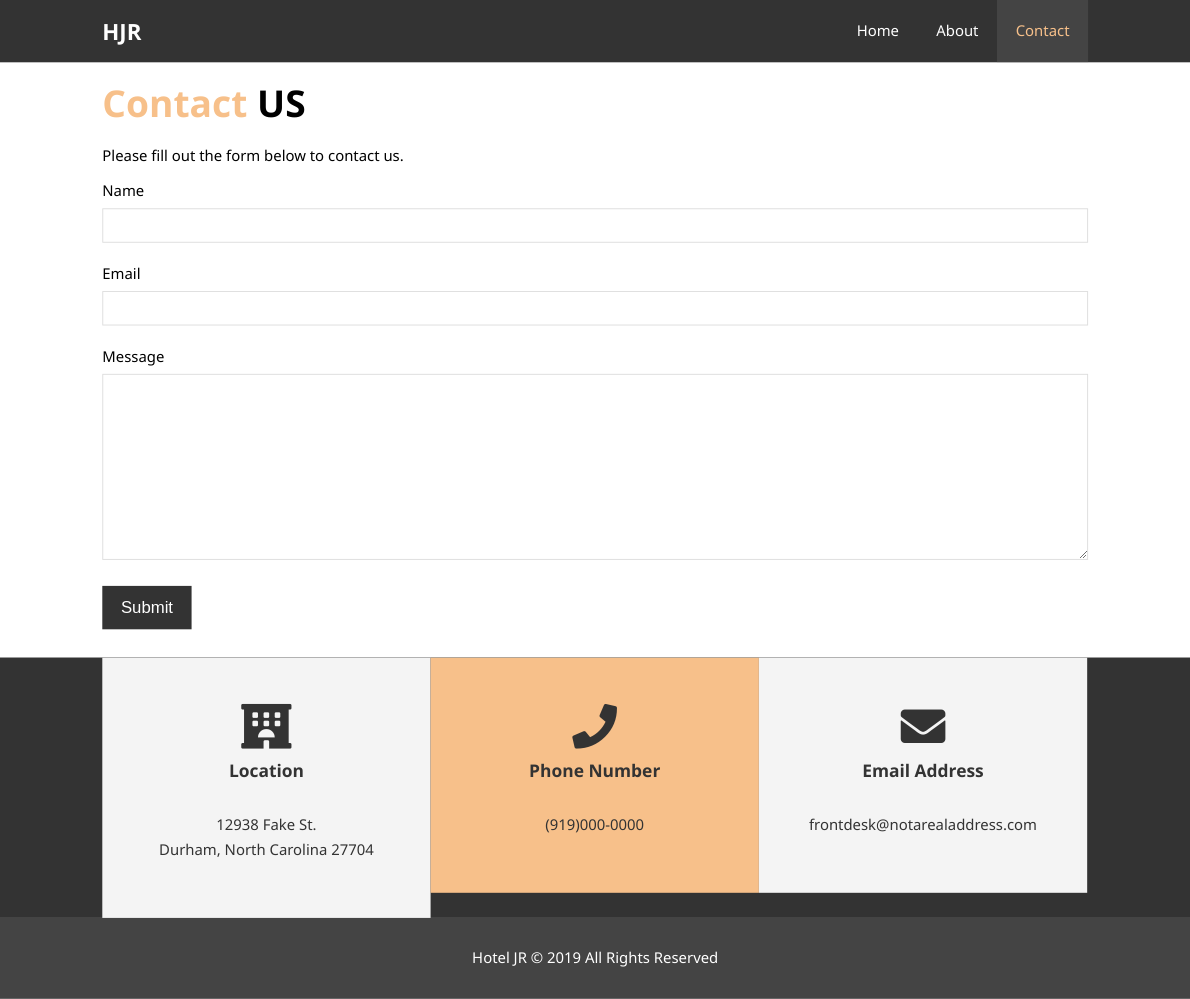
Repository: dimlutine/Hotel-Project
Page: contact.html
An editor plug-in stored every save of this project. The page is shown before and after the next save, followed by the edit.
The browser window is 1280 px wide. The pictures show the whole page, at 93% of full size.
Some web libraries are served in a nearby version.

Above is the page before, as saved 2019-07-05 23:18:32.

### contact.html
<!DOCTYPE html>
<html lang="en">

<head>
    <meta charset="UTF-8">
    <meta name="viewport" content="width=device-width, initial-scale=1.0">
    <meta http-equiv="X-UA-Compatible" content="ie=edge">
    <meta name="description" content="Welcome to the neatest hotel in Durham, North Carolina!">
    <meta name="keywords" content="hotel,durham hotel, north carolina hotel, rdu hotel">
    <link rel="stylesheet" href="https://use.fontawesome.com/releases/v5.6.1/css/all.css" integrity="sha384-gfdkjb5BdAXd+lj+gudLWI+BXq4IuLW5IT+brZEZsLFm++aCMlF1V92rMkPaX4PP" crossorigin="anonymous">
    <link rel="stylesheet" href="css/style.css">
    <title>Hotel JR | Contact</title>
</head>

<body>
    <header>
        <nav id="navbar">
            <div class="container">
                <h1 class="logo"><a href="index.html">HJR</a></h1>
                <ul>
                    <li><a href="index.html">Home</a></li>
                    <li><a href="about.html">About</a></li>
                    <li><a class="current" href="contact.html">Contact</a></li>
                </ul>
            </div>

        </nav>

    </header>
    <section id="contact-form" class="py-3">
        <div class="container">
            <h1 class="l-heading">
                <span class="text-primary">Contact</span> US
            </h1>
            <p>Please fill out the form below to contact us.</p>
            <form action="process.php">
                <div class="form-group">
                    <label for="name">Name</label>
                    <input type="text" name="name" id="name">
                </div>
                <div class="form-group">
                    <label for="email">Email</label>
                    <input type="email" name="email" id="email">
                </div>
                <div class="form-group">
                    <label for="message">Message</label>
                    <textarea name="message" id="message"></textarea>
                </div>
                <button type="submit" class="btn">Submit</button>
            </form>
        </div>
    </section>
    <section id="contact-info" class="bg-dark">
        <div class="container">
            <div class="box bg-light">
                <i class="fas fa-hotel fa-3x"></i>
                <h3>Location</h3>
                <p>12938 Fake St.<br>Durham, North Carolina 27704</p>
            </div>
            <div class="box bg-primary">
                <i class="fas fa-phone fa-3x"></i>
                <h3>Phone Number</h3>
                <p>(919)000-0000<br></p>
            </div>
            <div class="box bg-light">
                <i class="fas fa-envelope fa-3x"></i>
                <h3>Email Address</h3>
                <p>frontdesk@notarealaddress.com</p>
            </div>
        </div>
    </section>
    <footer id="main-footer">
        <p>Hotel JR &copy; 2019 All Rights Reserved</p>
    </footer>
</body>

</html>

### css/style.css
* {
    padding: 0;
    margin: 0;
    box-sizing: border-box;
}

html,
body {
    font-family: 'Segoe UI', 'Segoe UI', Tahoma, Geneva, Verdana, sans-serif;
    line-height: 1.7em;
}

a {
    color: #333;
    text-decoration: none;
}

h1,
h2,
h3 {
    padding-bottom: 20px;
}

p {
    margin: 10px 0;
}


/* Utilities */

.container {
    margin: auto;
    max-width: 1100px;
    overflow: auto;
    padding: 0 20px;
}

.text-primary {
    color: #f7c08a;
}

.lead {
    font-size: 20px;
}

.btn {
    display: inline-block;
    font-size: 18px;
    color: #fff;
    background: #333;
    padding: 13px 20px;
    border: none;
    cursor: pointer;
}

.btn:hover {
    background: #f7c08a;
    color: #333;
}

.btn-light {
    background: #f4f4f4;
    color: #333;
}

.bg-dark {
    background: #333;
    color: #fff;
}

.bg-light {
    background: #f4f4f4;
    color: #333;
}

.bg-primary {
    background: #f7c08a;
    color: #333;
}

.clr {
    clear: both;
}

.l-heading {
    font-size: 40px;
}


/* Padding */

.py-1 {
    padding: 10px 0;
}

.py-2 {
    padding: 20px 0;
}

.py-3 {
    padding: 30px 0;
}

#navbar {
    background: #333;
    color: #fff;
    overflow: auto;
}

#navbar a {
    color: #fff;
}

#navbar h1 {
    float: left;
    padding-top: 20px;
}

#navbar ul {
    float: right;
    list-style: none;
}

#navbar ul li {
    float: left;
}

#navbar ul li a {
    display: block;
    padding: 20px;
    text-align: center;
}

#navbar ul li a:hover,
#navbar ul li a.current {
    background: #444;
    color: #f7c08a;
}


/* Showcase */

#showcase {
    background: url('../img/showcase.jpg') no-repeat center center/cover;
    height: 600px;
}

#showcase .showcase-content {
    color: #fff;
    text-align: center;
    padding-top: 170px;
}

#showcase .showcase-content h1 {
    font-size: 60px;
    line-height: 1.2em;
}

#showcase .showcase-content p {
    padding-bottom: 20px;
    line-height: 1.7em;
}


/* Home Info */

#home-info {
    height: 400px;
}

#home-info .info-img {
    float: left;
    width: 50%;
    background: url('../img/photo-1.jpg') no-repeat;
    min-height: 100%;
}

#home-info .info-content {
    float: right;
    width: 50%;
    height: 100%;
    text-align: center;
    padding: 50px 30px;
    overflow: hidden;
}

#home-info .info-content p {
    padding-bottom: 30px;
}


/*Features*/

.box {
    float: left;
    width: 33.3%;
    padding: 50px;
    text-align: center;
}

.box i {
    margin-bottom: 10px;
}


/* About Info*/

#about-info .info-right {
    float: right;
    width: 50%;
    min-height: 100%;
}

#about-info .info-right img {
    width: 70%;
    display: block;
    margin: auto;
    border-radius: 50%;
}

#about-info .info-left {
    float: left;
    width: 50%;
    min-height: 100%;
}


/* Testimonials */

#testimonials h2 {
    color: #fff;
    text-align: center;
    padding-bottom: 40px;
}

#testimonials {
    height: 600px;
    background: url('../img/test-bg.jpg') no-repeat center center/cover;
    padding-top: 100px;
}

#testimonials .testimonial {
    padding: 20px;
    margin-bottom: 40px;
    border-radius: 5px;
    opacity: .85;
}

#testimonials .testimonial img {
    width: 100px;
    float: left;
    margin-right: 20px;
    border-radius: 50%;
}


/* Contact Form */

#contact-form .form-group {
    margin-bottom: 20px;
}

#contact-form label {
    display: block;
    margin-bottom: 5px;
}

#contact-form input,
#contact-form textarea {
    width: 100%;
    padding: 10px;
    border: 1px #ddd solid;
}

#contact-form textarea {
    height: 200px;
}

#contact-form input:focus,
#contact-form textarea:focus {
    outline: none;
    border-color: #f7c08a;
}


/* Footer */

#main-footer {
    text-align: center;
    background: #444;
    color: #fff;
    padding: 20px;
}

After the next save:
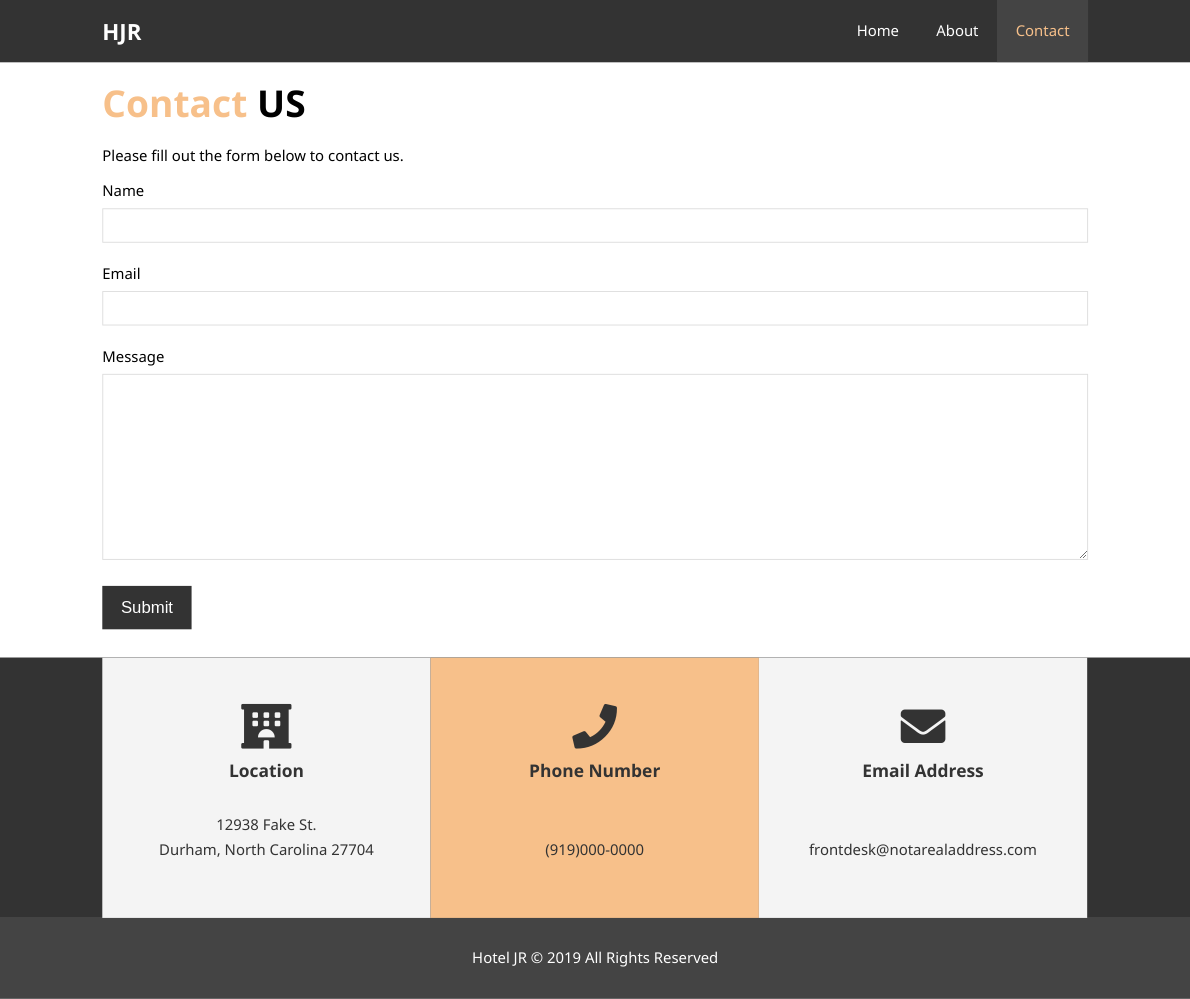
Saved 23 s later.
--- a/contact.html
+++ b/contact.html
@@ -60,12 +60,12 @@
             <div class="box bg-primary">
                 <i class="fas fa-phone fa-3x"></i>
                 <h3>Phone Number</h3>
-                <p>(919)000-0000<br></p>
+                <p><br>(919)000-0000</p>
             </div>
             <div class="box bg-light">
                 <i class="fas fa-envelope fa-3x"></i>
                 <h3>Email Address</h3>
-                <p>frontdesk@notarealaddress.com</p>
+                <p><br>frontdesk@notarealaddress.com</p>
             </div>
         </div>
     </section>
